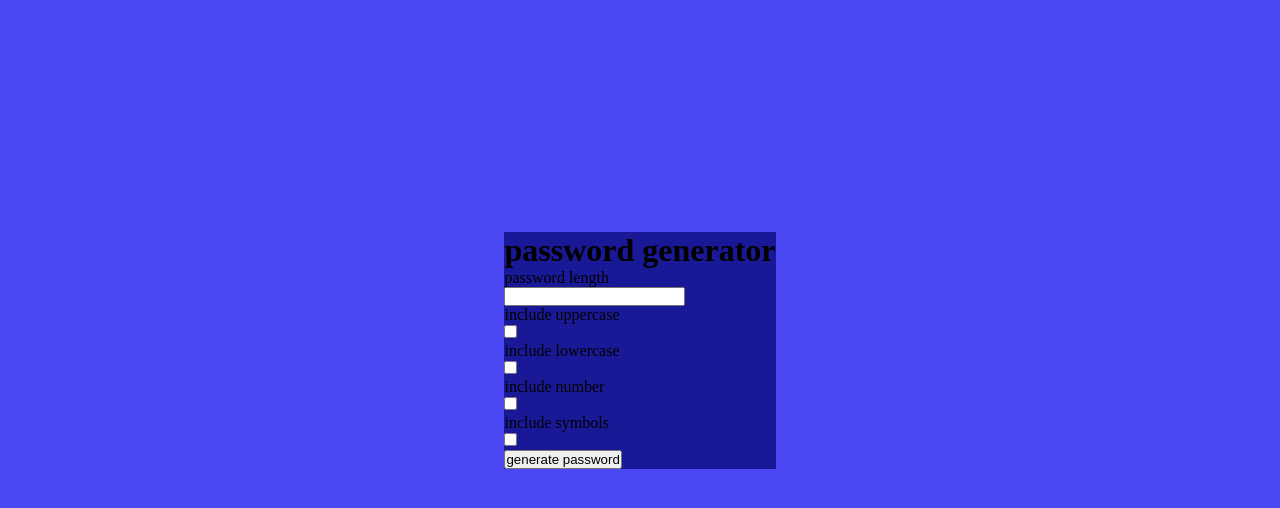
Repository: Eugene44-hub/password-generator
Page: index.html
An editor plug-in stored every save of this project. The page is shown before and after the next save, followed by the edit.
The browser window is 1280 px wide. The pictures show the whole page.

Above is the page before, as saved 2021-09-23 10:24:14.

After the next save:
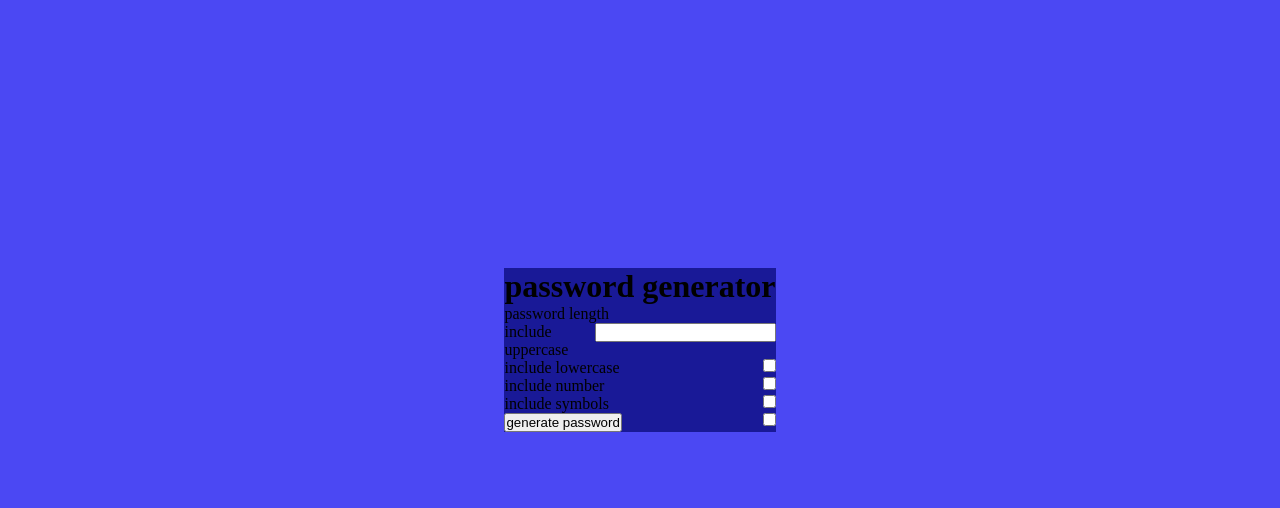
Saved 5 s later.
--- a/style.css
+++ b/style.css
@@ -16,5 +16,5 @@
 }
 
 input {
-    float: ;
+    float: right;
 }

After the save that followed:
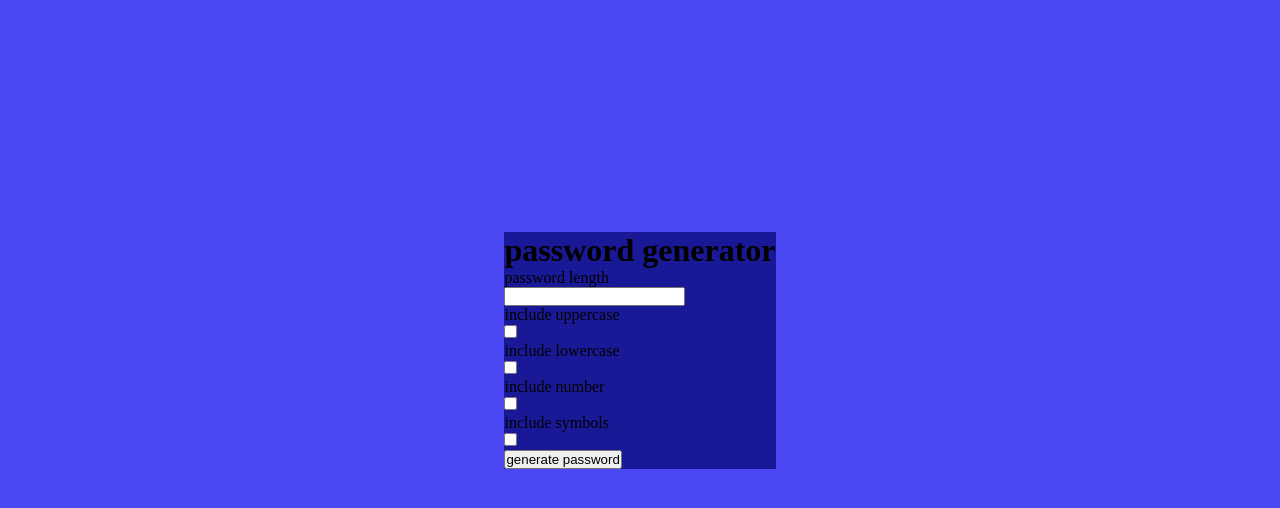
Saved 20 s later.
--- a/style.css
+++ b/style.css
@@ -16,5 +16,5 @@
 }
 
 input {
-    float: right;
+    display: inline-;
 }
